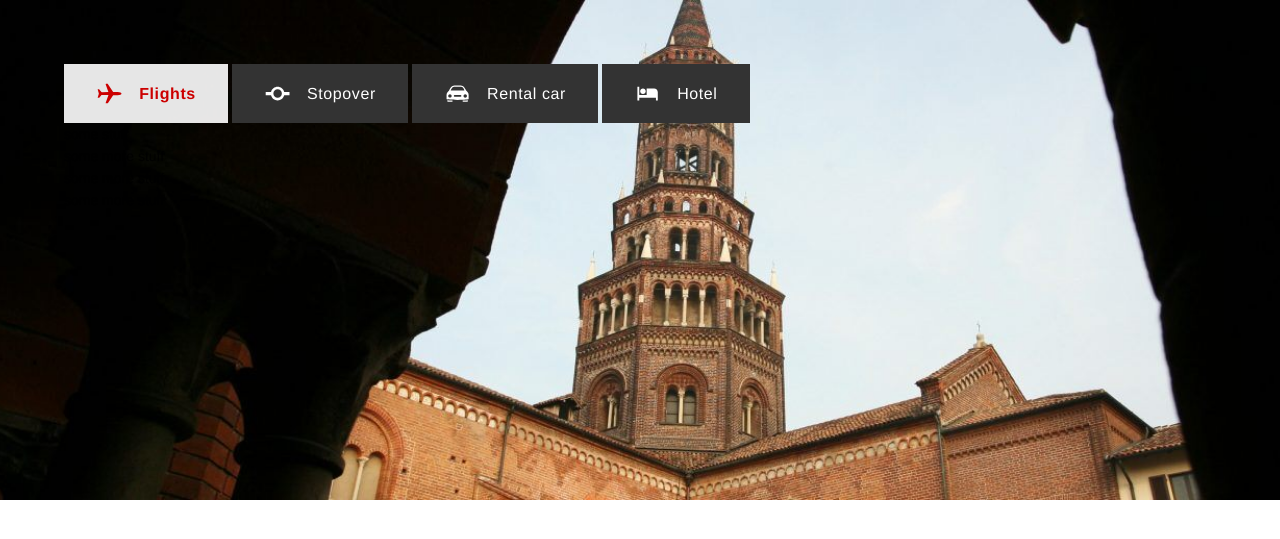
Repository: guidogr95/Everymundo-Excercise
Page: /
These files come from the project's save history. The page is drawn as it stood at one moment and after the next save; the edit follows.
The browser window is 1280 px wide. The pictures show the whole page.
The project was rebuilt for these pictures with package versions that can differ from the ones it lists, and the page was loaded fresh each time.

Above is the page before, as saved 2021-06-30 21:42:47.

### src/App.jsx
import 'antd/dist/antd.css';
import './app.scss';
// components
import BookingMask from 'src/components/BookingMask'

function App() {
  return (
    <div className="App">
      <div className="flightmanager-container container" >
        <BookingMask />
      </div>
    </div>
  );
}

export default App;

### src/app.scss
@import 'styles/global';

.App {
  .container {
    width: $desktop-maxwidth;
    max-width: 100%;
  }
  .flightmanager-container {
    background: url('./assets/images/bg.jpg');
    background-size: cover;
    background-position: center;
    min-height: 500px;
    margin: auto;
    padding: 4rem;
  }
}

### src/components/BookingMask/index.jsx
import React, { useState } from 'react'
// styles
import './bookingmask.scss'
// assets
import { IoIosAirplane, IoMdGitCommit, IoIosCar, IoMdBed } from 'react-icons/io'
// components
import EmptyTab from './EmptyTab'
import FlightsTab from './FlightsTab'

const BookingMask = () => {
  const tabs = [
    {
      name: 'Flights',
      icon: <IoIosAirplane />,
      component: <FlightsTab />
    },
    {
      name: 'Stopover',
      icon: <IoMdGitCommit />,
      component: <EmptyTab />
    },
    {
      name: 'Rental car',
      icon: <IoIosCar />,
      component: <EmptyTab />
    },
    {
      name: 'Hotel',
      icon: <IoMdBed />,
      component: <EmptyTab />
    }
  ]

  const [activeTab, setActiveTab] = useState(tabs[0].name)
  const handleTab = name => setActiveTab(name)

  return (
    <section className="bookingmask" >
      <ul className="bookingmask__nav" >
        {tabs.map(tab =>
          <button
            className={activeTab === tab.name ? 'active' : ''}
            onClick={() => handleTab(tab.name)}
          >
            {tab.icon}<span>{tab.name}</span>
          </button>
        )}
      </ul>
      <div className="bookingmask__tabs-wrapper" >
          {tabs.map(tab =>
            <div className={`bookingmask__tab${activeTab === tab.name ? ' active' : ''}`} >
              {tab.component}
            </div>
          )}
      </div>
    </section>
  )
}

export default BookingMask

### src/styles/_global.scss
@import 'variables';
@import 'mixins';

html,
body {
  position: relative;
  padding: 0;
  margin: 0;
  font-family: $font-family;
  -webkit-text-size-adjust: 100%;
  -webkit-font-smoothing: auto;
  -moz-font-smoothing: auto;
  -moz-osx-font-smoothing: auto;
}
* {
  box-sizing: border-box;
}
ul {
  margin: 0;
  padding: 0;
}
button {
  border: none;
  cursor: pointer;
}

### src/styles/_variables.scss
// measurements
$desktop-maxwidth: 90rem;
// colors
$color-red: #c00;
$color-gray: #333333;
$color-white: #fff;
// fonts
// font-family
$font-family: SwissText,Helvetica,Arial,sans-serif,LufthansaMamSymbolText;
// font-weight
$font-weight-medium: 700;
$font-weight-small: 300;
// font-size
$font-size-normal: 1rem;
$font-size-large: 1.7rem;
// line height
$line-height-medium: 2.2rem;
// letter spacing
$letter-spacing-small: .6px;

// tab variables
$color-active-tab-bg: hsla(0,0%,100%,.9);

### src/styles/_mixins.scss
// MIXINS
@mixin breakpoint($point) {
  @media (max-width: $point) {
    @content;
  }
}

### src/components/BookingMask/bookingmask.scss
@import '/src/styles/variables';
.bookingmask {
  &__nav {
    list-style: none;
    button {
      &:not(:first-of-type) {
        margin-left: .25rem;
      }
      color: $color-white;
      background: $color-gray;
      padding: 1rem 2rem;
      display: inline-flex;
      align-items: center;
      font-size: $font-size-normal;
      font-weight: $font-weight-small;
      letter-spacing: $letter-spacing-small;
      &.active {
        color: $color-red;
        font-weight: $font-weight-medium;
        background-color: $color-active-tab-bg;
      }
      svg {
        margin-right: 1rem;
        font-size: $font-size-large;
      }
    }
  }
  &__tabs-wrapper {
    position: relative;
    &__tab {
      position: absolute;
      top: 0;
      left: 0;
      right: 0;
      padding: 4rem 0;
      background: $color-active-tab-bg;
    }
  }
}

### src/components/BookingMask/EmptyTab/index.jsx
import React from 'react'

const EmptyTab = () => {
  return (
    <div>
      some more stuff
    </div>
  )
}

export default EmptyTab

### src/components/BookingMask/FlightsTab/index.jsx
import React from 'react'

const FlightsTab = ({ name, activeTab }) => {
  return (
    <div className={`bookingmask__tab${activeTab === name ? ' active' : ''}`} >
      some stuff
    </div>
  )
}

export default FlightsTab

Loaded but not shown: public/index.html (common file); src/index.jsx (common file); src/reportWebVitals.js (common file)

After the next save:
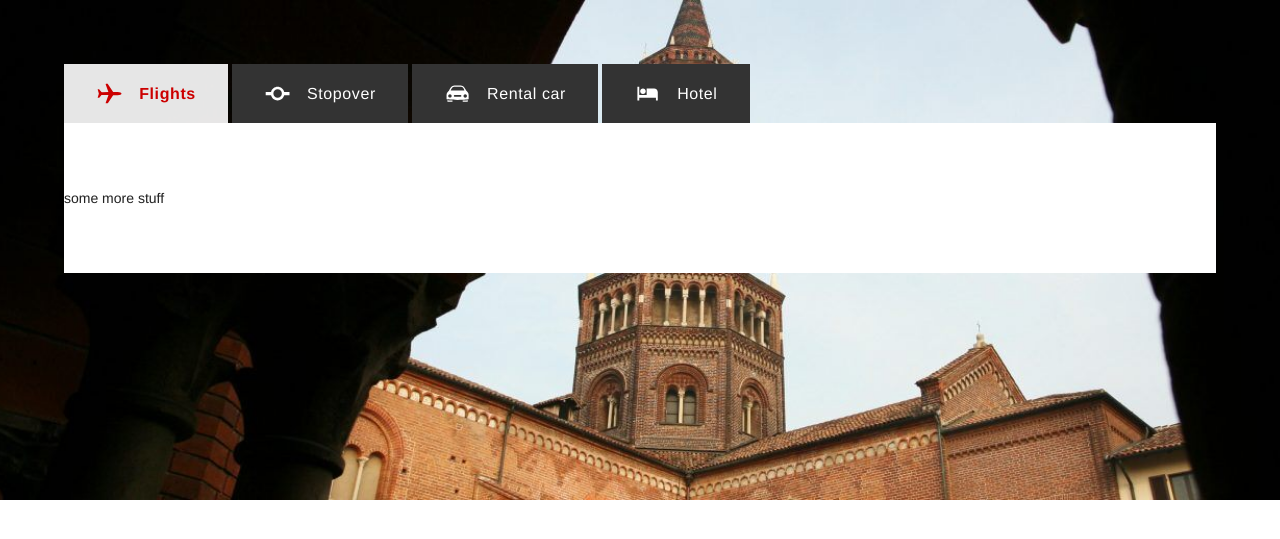
Saved 19 s later.
--- a/src/components/BookingMask/bookingmask.scss
+++ b/src/components/BookingMask/bookingmask.scss
@@ -27,13 +27,13 @@
   }
   &__tabs-wrapper {
     position: relative;
-    &__tab {
-      position: absolute;
-      top: 0;
-      left: 0;
-      right: 0;
-      padding: 4rem 0;
-      background: $color-active-tab-bg;
-    }
+  }
+  &__tab {
+    position: absolute;
+    top: 0;
+    left: 0;
+    right: 0;
+    padding: 4rem 0;
+    background: $color-active-tab-bg;
   }
 }
